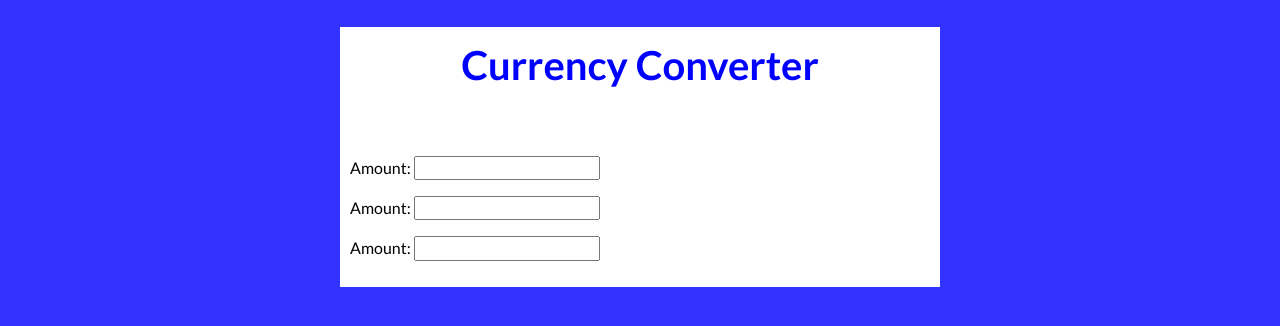
Repository: kkasperczyk/currency-converter
Page: index.html
The author's editor kept a copy of each file at every save. The page is drawn from the files as they stood at one save, then again after a run of saves.
The browser window is 1280 px wide. The pictures show the whole page.

Above is the page before, as saved 2020-06-15 22:17:51.

### index.html
<!DOCTYPE html>
<html lang="en">

<head>
    <meta charset="UTF-8">
    <meta name="viewport" content="width=device-width, initial-scale=1.0">
    <link rel="stylesheet" href="https://cdnjs.cloudflare.com/ajax/libs/normalize/8.0.1/normalize.min.css"
        integrity="sha256-l85OmPOjvil/SOvVt3HnSSjzF1TUMyT9eV0c2BzEGzU=" crossorigin="anonymous" />
    <link rel="stylesheet" href="css/global.css">
    <link rel="stylesheet" href="css/container.css">
    <link rel="stylesheet" href="css/header.css">
    <link rel="stylesheet" href="css/main.css">
    <script defer src="js/script.js"></script>
    <link href="https://fonts.googleapis.com/css2?family=Lato:ital,wght@0,400;0,700;1,400&display=swap" rel="stylesheet">
    <title>Currency Converter</title>
</head>

<body>
    <div class="container">
        <header class="header">
            <h1 class="header__title">Currency Converter</h1>
        </header>
        <main class="main">
            <form class="form">
                <p>
                    <label>
                        Amount:
                        <input type="number" name="amount">
                    </label>
                </p>
                <p>
                    <label>
                        Amount:
                        <input type="number" name="amount">
                    </label>
                </p>
                <p>
                    <label>
                        Amount:
                        <input type="number" name="amount">
                    </label>
                </p>
            </form>
        </main>
    </div>
</body>

</html>

### css/global.css
html {
  box-sizing: border-box;
}

*,
::after,
::before {
  box-sizing: inherit;
}

body {
  font-family: "Lato", sans-serif;
  background-color: hsl(240, 100%, 60%);
}

### css/container.css
.container {
    max-width: 600px;
    margin: 0 auto;
    background-color: white;
}

### css/header.css
.header {
    text-align: center;
}

.header__title {
    color: hsl(240, 100%, 50%);
    padding: 15px;
    font-size: 40px;
}

### css/main.css
.main {
    background-color: white;
    padding: 10px;
}

### js/script.js
console.log("Hi all developers! Nice to see you here.");

After the next 2 saves:
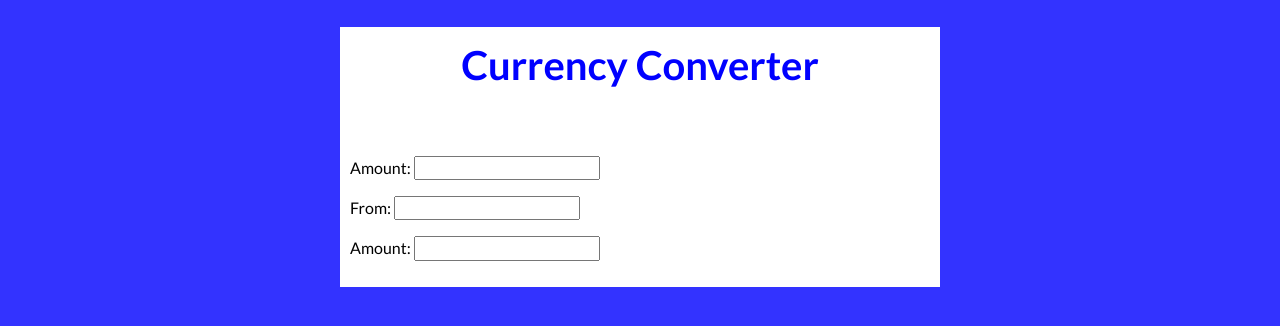
The 2 saves are shown as one change because they came seconds apart.
The last was saved 5 s later.
--- a/index.html
+++ b/index.html
@@ -30,7 +30,7 @@
                 </p>
                 <p>
                     <label>
-                        Amount:
+                        From:
                         <input type="number" name="amount">
                     </label>
                 </p>
